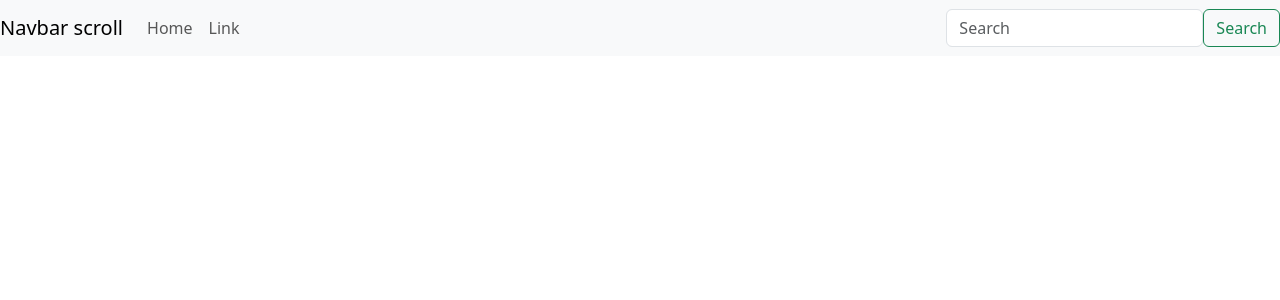
Repository: nghiaacoustic/ts_sagas
Page: /
An editor plug-in stored every save of this project. The page is shown before and after a run of saves, followed by the edit.
The browser window is 1280 px wide. The pictures show the whole page.
The project was rebuilt for these pictures with package versions that can differ from the ones it lists, and the page was loaded fresh each time.

Above is the page before, as saved 2021-09-15 16:35:00.

### src/index.tsx
import ReactDOM from 'react-dom';
import App from './App';


ReactDOM.render(
  <App />,
  document.getElementById('root')
);

### src/App.tsx
import React from 'react';
import HomePage from './pages/HomePage';
import 'bootstrap/dist/css/bootstrap.min.css';

function App() {
  return (
    <div>
      <HomePage />
    </div>
  );
}

export default App;

### src/pages/HomePage.tsx
import NavbarComponent from "../components/Navbar/Narbar"

const HomePage = () => {
    return (
        <div>
            <NavbarComponent />
        </div>
    )
}
export default HomePage

### src/components/Navbar/Narbar.tsx
import { Navbar, Nav, Form, NavDropdown, FormControl, Button } from 'react-bootstrap';
import { StyledNavCollapse } from './Navbar.styles';

const NavbarComponent = () => {
    return (
        <Navbar bg="light" expand="lg">
            <Navbar.Brand href="#">Navbar scroll</Navbar.Brand>
            <Navbar.Toggle aria-controls="navbarScroll" />
            <StyledNavCollapse id="navbarScroll">
                <Nav
                    className="mr-auto my-2 my-lg-0"
                    style={{ maxHeight: '100px' }}
                    navbarScroll
                >
                    <Nav.Link href="#action1">Home</Nav.Link>
                    <Nav.Link href="#action2">Link</Nav.Link>
                </Nav>
                <Form className="d-flex">
                    <FormControl
                        type="search"
                        placeholder="Search"
                        className="mr-2"
                        aria-label="Search"
                    />
                    <Button variant="outline-success">Search</Button>
                </Form>
            </StyledNavCollapse>
        </Navbar>
    )
}
export default NavbarComponent

### src/components/Navbar/Navbar.styles.ts
import styled from "styled-components";
import { Navbar } from "react-bootstrap"

export const StyledNavCollapse = styled(Navbar.Collapse)`
    justify-content: space-between;
`

### src/components/Products/Products.tsx
const Products = () => {
    <div>Products</div>
}
export default Products;

Loaded but not shown: public/index.html (common file)

After the next 2 saves:
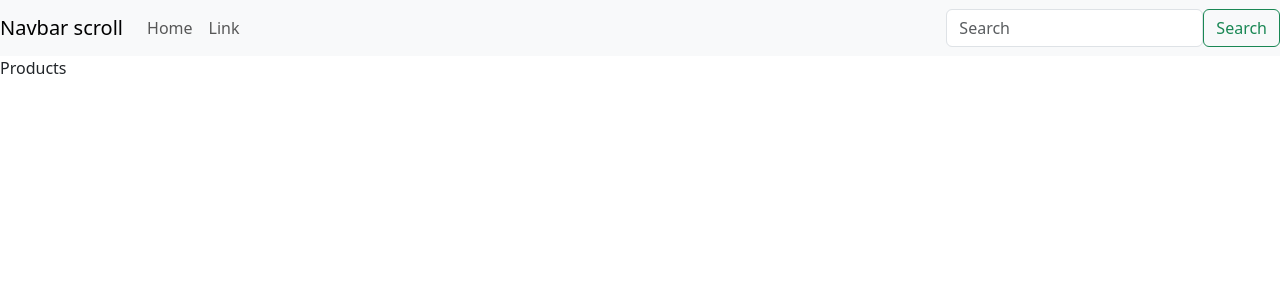
The 2 saves are shown as one change because 1 did not build or start.
The last was saved 21 s later.
--- a/src/pages/HomePage.tsx
+++ b/src/pages/HomePage.tsx
@@ -1,9 +1,11 @@
 import NavbarComponent from "../components/Navbar/Narbar"
+import Products from "../components/Products/Products"
 
 const HomePage = () => {
     return (
         <div>
             <NavbarComponent />
+            <Products />
         </div>
     )
 }
--- a/src/components/Products/Products.tsx
+++ b/src/components/Products/Products.tsx
@@ -1,4 +1,4 @@
 const Products = () => {
-    <div>Products</div>
+   return <div>Products</div>
 }
 export default Products;
